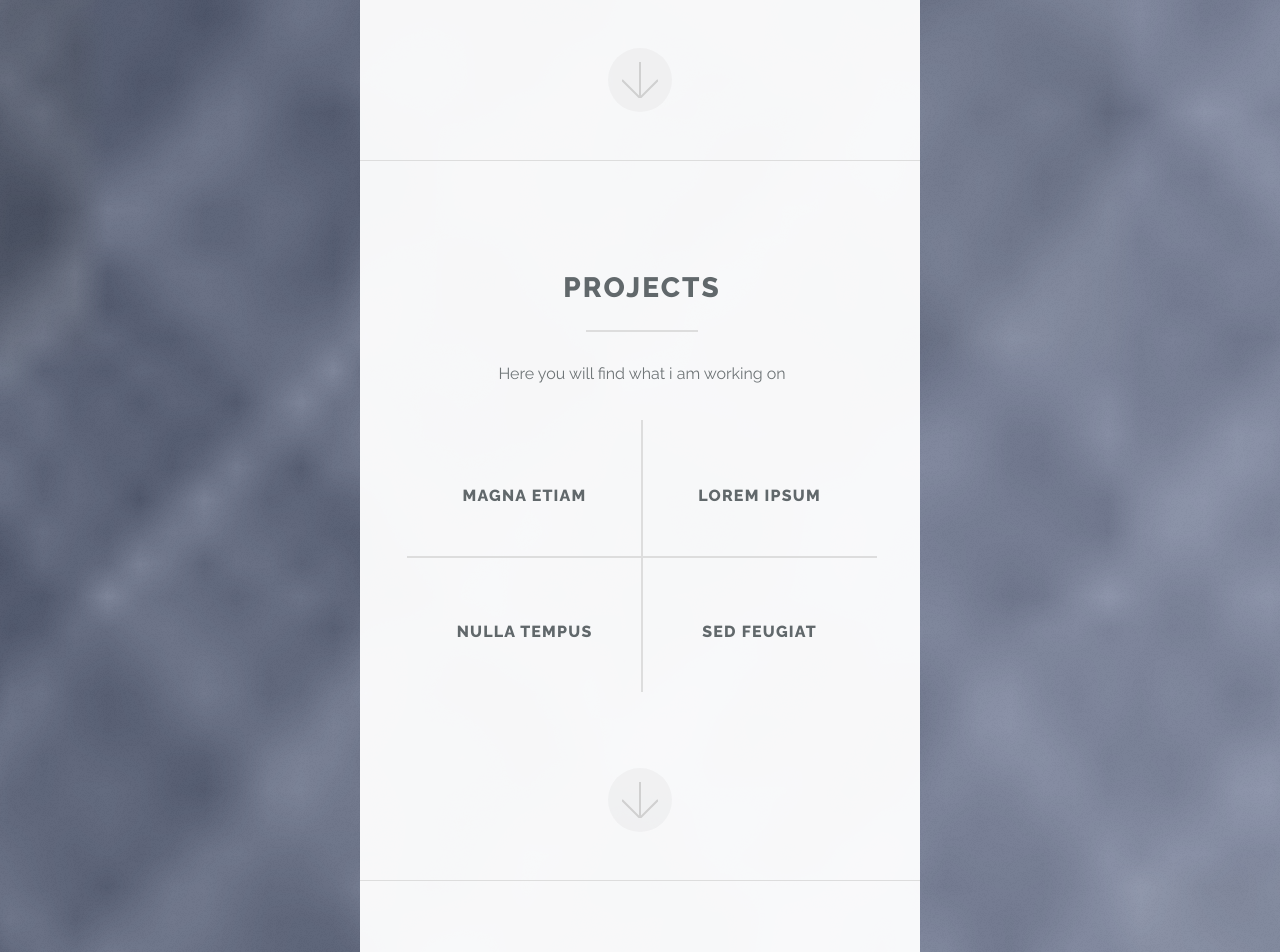
Repository: Josue7505/Josue.github.io
Page: index.html
The author's editor kept a copy of each file at every save. The page is drawn from the files as they stood at one save, then again after the next save.
The browser window is 1280 px wide. The pictures show the part of the page from y = 2227 to 3179 px (the page is 5615 px tall before and 5616 px after).
Some icons come from a web library that is not loaded, so they are not drawn. A picture or video elsewhere on the page could not be fetched, so the positions and the page height are approximate. Backgrounds fixed to the window are drawn as part of the page.

Above is the page before, as saved 2025-06-05 11:22:46.

### index.html
<!DOCTYPE HTML>

<html>
	<head>
		<title>Daniels Portfolio</title>
		<meta charset="utf-8" />
		<meta name="viewport" content="width=device-width, initial-scale=1, user-scalable=no" />
		<link rel="stylesheet" href="assets/css/main.css" />
	</head>
	<body class="is-preload">


			<section id="header">
				<header class="major">
					<h1>Portfolio</h1>
					<p>"Every loss is a lesson, not a defeat." </p>
				</header>
				<div class="container">
					<ul class="actions special">
						<li><a href="#one" class="button primary scrolly">About Me</a></li>
					</ul>
				</div>
			</section>


			<section id="one" class="main special">
				<div class="container">
					<span><img src="images/author.jpg" alt="Author" style="width:590px; border-radius:100px;"></span>
					<div class="content">
						<header class="major">
							<h2>Who I am</h2>
						</header>
						<p>Hi! I'm a 19-year-old Bachelor of Science in Information Technology (BSIT) student currently in my first year at STI. I've always been fascinated by how technology shapes the world around us, and I'm excited to be learning the skills that power modern digital systems.</p>
					</div>
					<a href="#two" class="goto-next scrolly">Next</a>
				</div>
			</section>


			<section id="two" class="main special">
				<div class="container">
					<span class="image fit primary"><img src="images/pic0.jpg" alt="" /></span>
					<div class="content">
						<header class="major">
							<h2>Projects</h2>
						</header>
						<p>Here you will find what i am working on</p>
						<ul class="icons-grid">
							<li>
								<span class="icon solid major fa-camera-retro"></span>
								<h3>Magna Etiam</h3>
							</li>
							<li>
								<span class="icon solid major fa-pencil-alt"></span>
								<h3>Lorem Ipsum</h3>
							</li>
							<li>
								<span class="icon solid major fa-code"></span>
								<h3>Nulla Tempus</h3>
							</li>
							<li>
								<span class="icon solid major fa-coffee"></span>
								<h3>Sed Feugiat</h3>
							</li>
						</ul>
					</div>
					<a href="#three" class="goto-next scrolly">Next</a>
				</div>
			</section>


			<section id="three" class="main special">
				<div class="container">
					<div class="content">
						<header class="major">
							<h2>Documents & Certificates</h2>
							<h4>Junior High School Diploma</h4>
						<span class="square"><img src="images/HighSchoolDiploma.jpg" alt="" /></span>
						<div class="content">

				<
					<div class="content">
						<header class="major">
							<h4>Senior High School Diploma</h4>
						<span class="square"><img src="images/SHS Diploma.JPG" alt="" /></span>
						<div class="content">


					<div class="content">
						<header class="major">
							<h4>GoodMoral</h4>
						<span class="square"><img src="images/GoodMoral.jpg" alt="" /></span>
						<div class="content">

						</header>

					</div>
					<a href="#footer" class="goto-next scrolly">Next</a>
				</div>
			</section>



			<section id="footer">
				<div class="container">
					<header class="major">
						<h2>Get in Touch</h2>

  						 <form action="sendmail.php" method="POST">
    						<label>Name:</label><br>
   						 <input type="text" name="name" required><br><br>

   						 <label>Email:</label><br>
   							<input type="email" name="email" required><br><br>

  						  <label>Message:</label><br>
  						  <textarea name="message" required></textarea><br><br>

  						  <button type="submit">Send</button>
 						 </form>
								</ul>
							</div>
						</div>
					</form>
				</div>
				<footer>
					<ul class="icons">
						<li><a href="https://x.com/" class="icon brands alt fa-twitter"><span class="label">Twitter</span></a></li>
						<li><a href="https://www.facebook.com/" class="icon brands alt fa-facebook-f"><span class="label">Facebook</span></a></li>
						<li><a href="https://instagram.com/" class="icon brands alt fa-instagram"><span class="label">Instagram</span></a></li>
						<li><a href="https://gmail.com/" class="icon solid alt fa-envelope"><span class="label">Email</span></a></li>
					</ul>
					<ul class="copyright">
						<li>&copy; Untitled</li><li>Design: <a href="https://html5u.net">HTML5 UP</a></li><li>Demo Images: <a href="http://unsplash.com">Unsplash</a></li>
					</ul>
				</footer>
			</section>


			<script src="assets/js/jquery.min.js"></script>
			<script src="assets/js/jquery.scrollex.min.js"></script>
			<script src="assets/js/jquery.scrolly.min.js"></script>
			<script src="assets/js/browser.min.js"></script>
			<script src="assets/js/breakpoints.min.js"></script>
			<script src="assets/js/util.js"></script>
			<script src="assets/js/main.js"></script>

	</body>
</html>

Loaded but not shown: assets/js/jquery.min.js (library); assets/js/jquery.scrollex.min.js (common file); assets/js/jquery.scrolly.min.js (common file); assets/js/browser.min.js (common file); assets/js/breakpoints.min.js (common file); assets/js/util.js (587 lines, source omitted); assets/js/main.js (174 lines, source omitted); assets/css/main.css (3158 lines, source omitted)

After the next save:
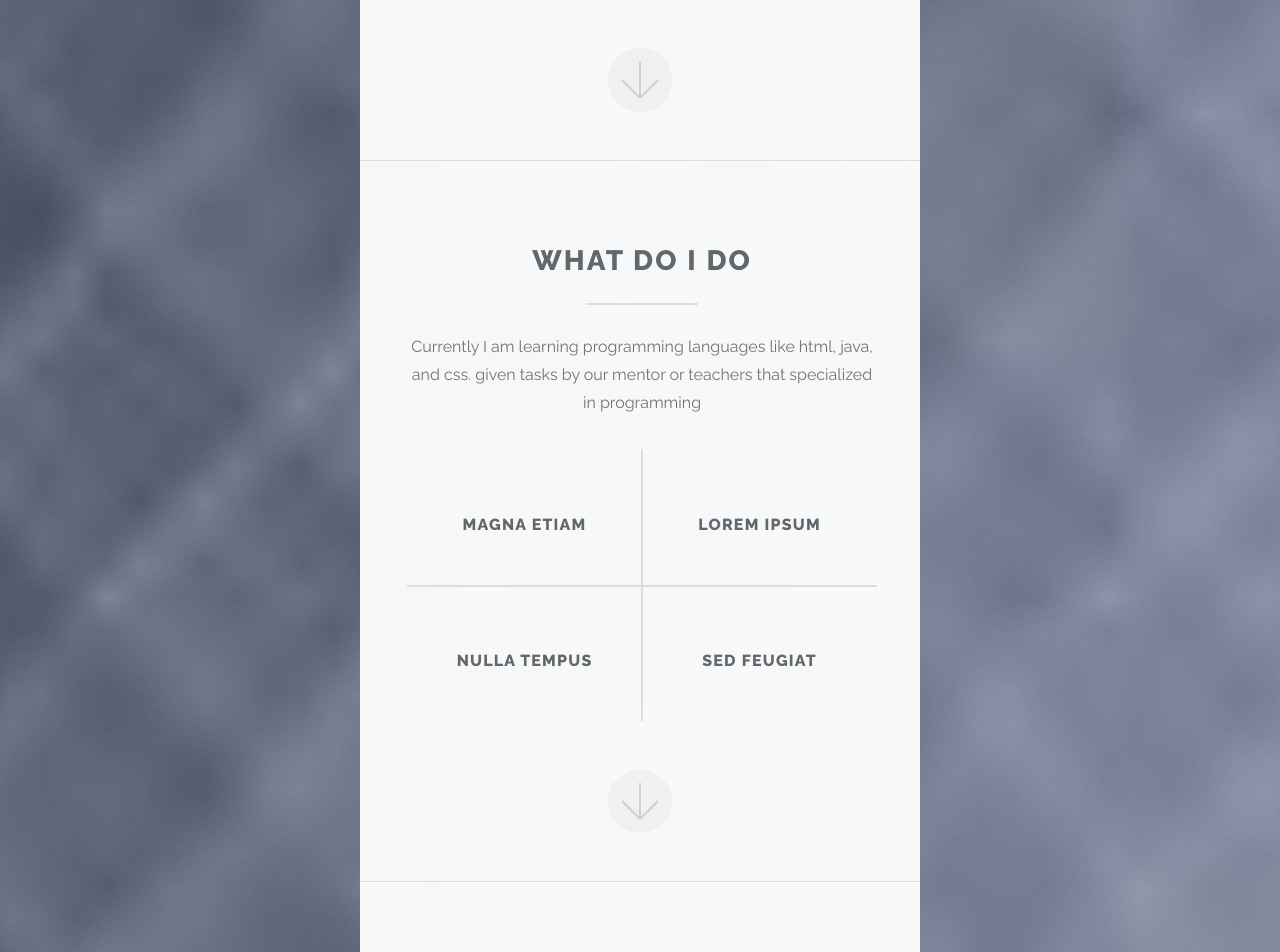
Saved 2 min 35 s later.
--- a/index.html
+++ b/index.html
@@ -42,9 +42,9 @@
 					<span class="image fit primary"><img src="images/pic0.jpg" alt="" /></span>
 					<div class="content">
 						<header class="major">
-							<h2>Projects</h2>
+							<h2>What do i do</h2>
 						</header>
-						<p>Here you will find what i am working on</p>
+						<p>Currently I am learning programming languages like html, java, and css.  given tasks by our mentor or teachers that specialized in programming </p>
 						<ul class="icons-grid">
 							<li>
 								<span class="icon solid major fa-camera-retro"></span>
